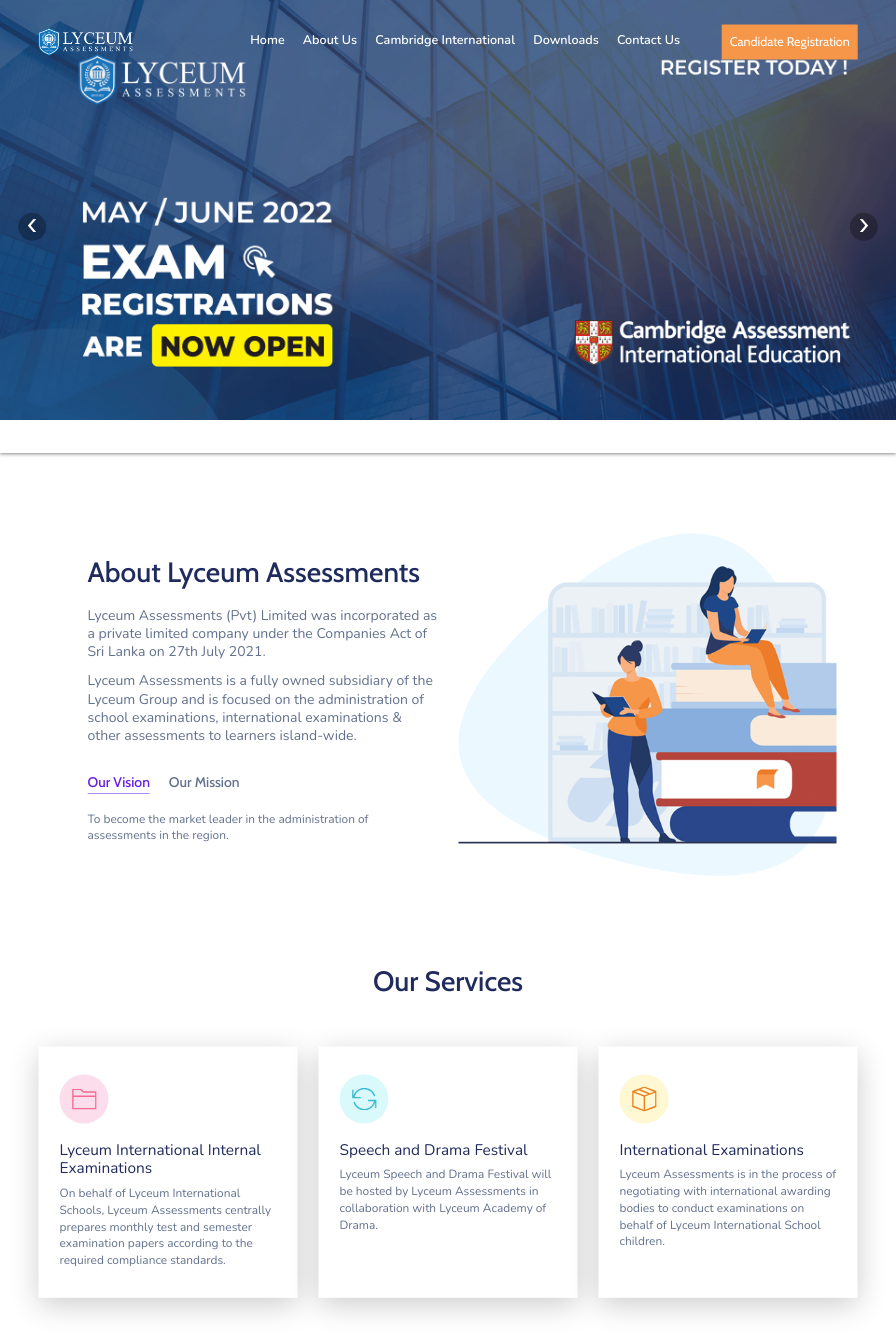
Repository: AXUSLK/LyceumAssessments-HTML
Page: index.html
The author's editor kept a copy of each file at every save. The page is drawn from the files as they stood at one save, then again after the next save.
The browser window is 1280 px wide. The pictures show the part of the page from y = 0 to 1920 px (the page is 5614 px tall), at 70% of full size.
Some web libraries are served in a nearby version.

Above is the page before, as saved 2022-02-01 15:23:54.

After the next save:
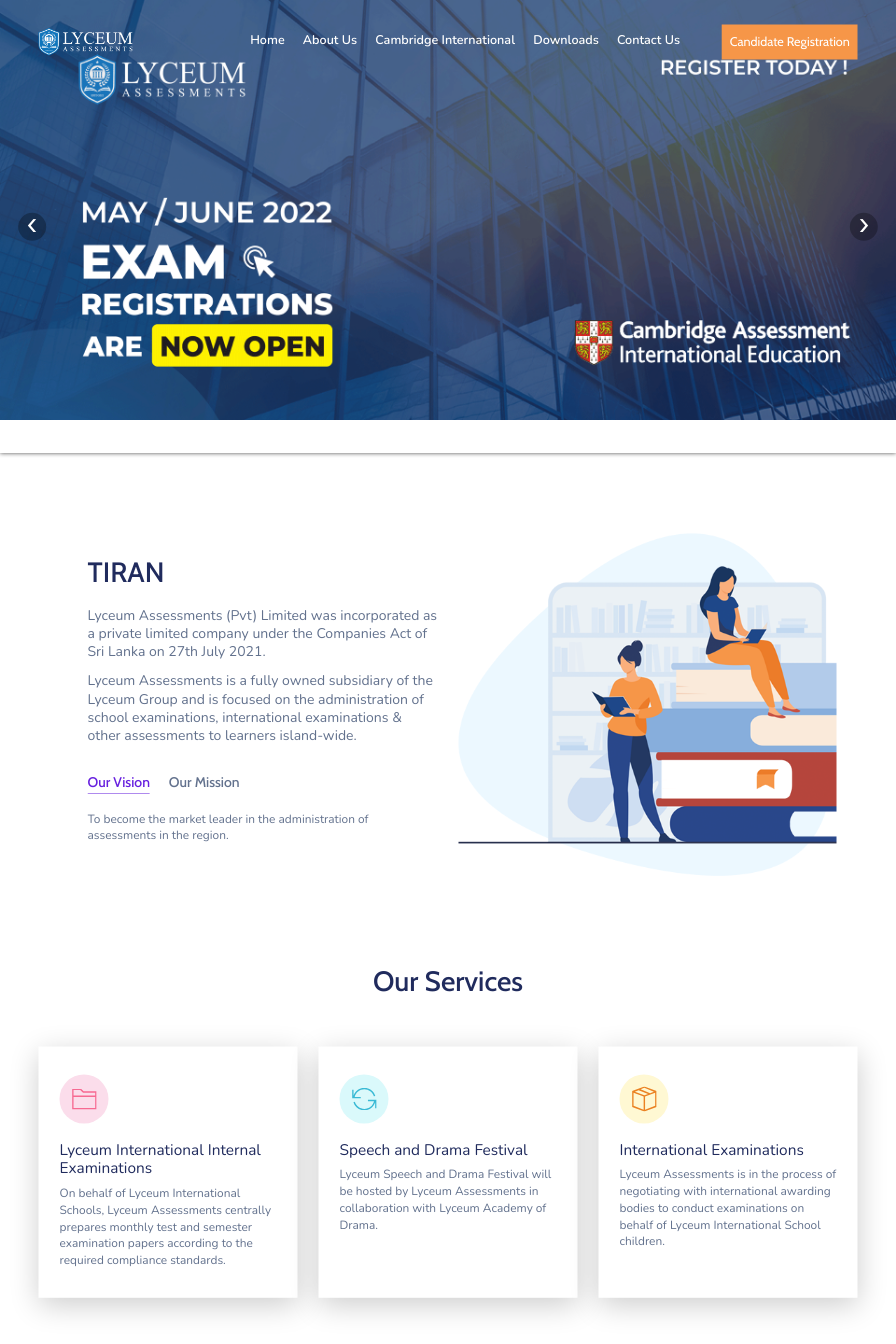
Saved 30 min 8 s later.
--- a/index.html
+++ b/index.html
@@ -148,7 +148,7 @@
 									<div class="extraWrap pl-md-7 pl-lg-14">
 										<!-- titleWrap -->
 										<header class="titleWrap">
-											<h3 class="mb-5">About Lyceum Assessments</h3>
+											<h3 class="mb-5">TIRAN</h3>
 											<p>Lyceum Assessments (Pvt) Limited was incorporated as a private limited
 												company under the Companies Act of Sri Lanka on 27th July 2021.
 											</p>
